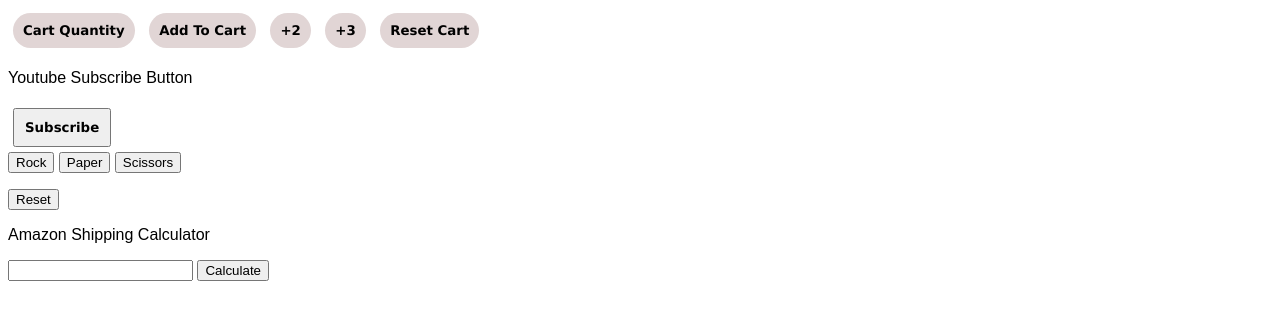
Repository: EguJaredoBoyd/Jared-Learning-Projects
Page: javascript-tutorial.html
These files come from the project's save history. The page is drawn as it stood at one moment and after the next save; the edit follows.
The browser window is 1280 px wide. The pictures show the whole page.

Above is the page before, as saved 2025-07-06 22:16:37.

After the next save:
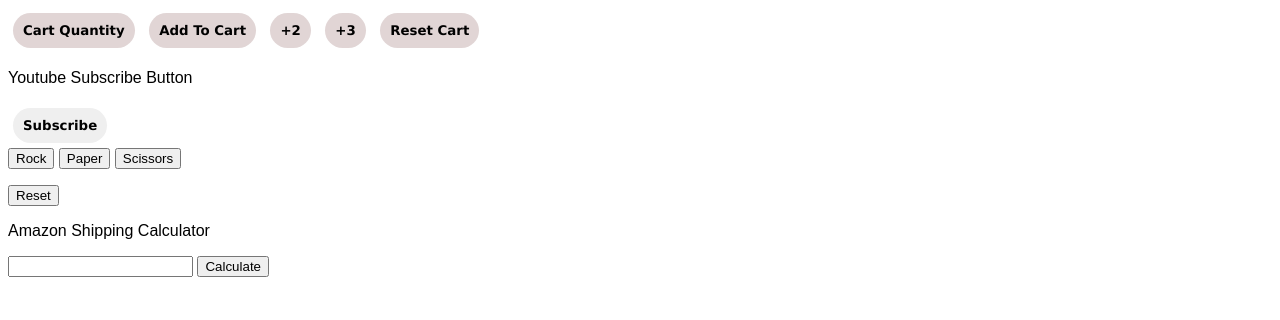
Saved 29 s later.
--- a/javascript-tutorial.css
+++ b/javascript-tutorial.css
@@ -6,10 +6,11 @@ body{
     margin: 5px;
     font-weight: bold;
     font-family: Verdana, Geneva, Tahoma, sans-serif;
+    border: none;
+    border-radius: 50px;
 
 }
 .cart-class button:not(.sub-button){
     background-color: rgb(225, 213, 213);
-    border: none;
-    border-radius: 50px;
+
 }
